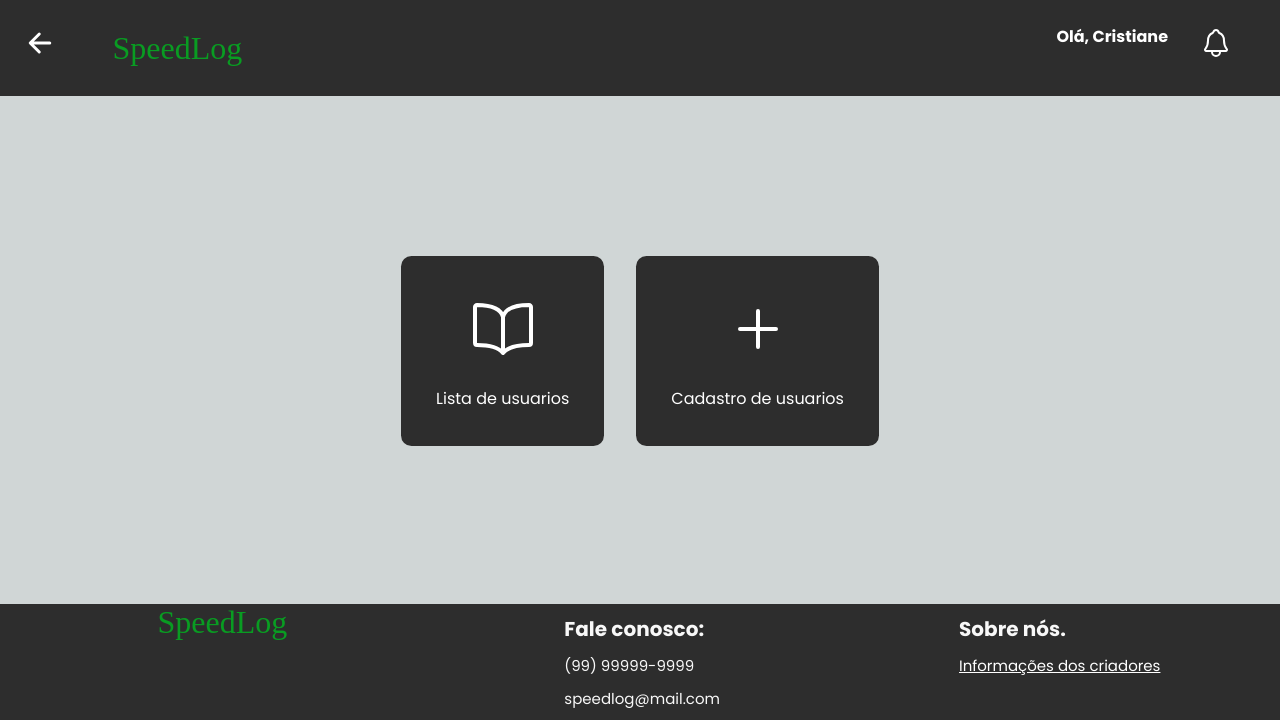
Repository: crisholiveira/speedlog
Page: http://localhost/usuarios
An editor plug-in stored every save of this project. The page is shown before and after the next save, followed by the edit.
The browser window is 1280 px wide. The pictures show the whole page.
Some web fonts or font styles are not loaded; a fallback is used. The page is served by the project's Node server (app.js). Other server files are loaded and not shown.

Above is the page before, as saved 2022-02-02 20:55:35.

### views/usuarios.ejs
<%- include('./partials/header.ejs') %>

<link rel="stylesheet" href="/stylesheets/usuarios.css">
<body>

    <section>

        <div id="grandeCaixa">

            <div class="caixinha">
                <a href="#">
                    <ion-icon name="book-outline"></ion-icon>
                </a>
                <p>Lista de usuarios</p>
            </div>

            <div class="caixinha">
                <a href="/cadUsuario">
                    <ion-icon name="add-outline"></ion-icon>
                </a>
                <p>Cadastro de usuarios</p>
            </div>

        </div>

        <script type="module" src="https://unpkg.com/ionicons@5.5.2/dist/ionicons/ionicons.esm.js"></script>
    </section>


</body>

<%- include('./partials/footer.ejs') %>

### views/partials/header.ejs
<!DOCTYPE html>
<html lang="en">

<head>
    <meta charset="UTF-8">
    <meta http-equiv="X-UA-Compatible" content="IE=edge">
    <meta name="viewport" content="width=device-width, initial-scale=1.0">
    <link rel="stylesheet" href="/stylesheets/header.css">
    <title>SpeedLog</title>
</head>
<header>
    <div id="menu-header">
        <div class="header-container">
            <span class="icone-voltar"><a href="/home"><ion-icon name="arrow-back-outline"></ion-icon></a>

            </span>
            <span class="logo">SpeedLog</span>
            <span class="icone-notificacao">
                <ion-icon name="notifications-outline"></ion-icon>
            </span>
            <span class="bem-vindo">
                <h4>Olá, Cristiane</h4>
            </span>
        </div>
    </div>
</header>
<script type="module" src="https://unpkg.com/ionicons@5.5.2/dist/ionicons/ionicons.esm.js"></script>
<script nomodule src="https://unpkg.com/ionicons@5.5.2/dist/ionicons/ionicons.js"></script>

### views/partials/footer.ejs
<!DOCTYPE html>
<html lang="en">
<head>
    <meta charset="UTF-8">
    <meta http-equiv="X-UA-Compatible" content="IE=edge">
    <meta name="viewport" content="width=device-width, initial-scale=1.0">
    <title>Document</title>
    <link rel="stylesheet" href="/stylesheets/footer.css">
</head>

<footer>

    <div class="footer">

        <div class="caixa1">
            <span class="logo"> SpeedLog </span>
        </div>

        <div class="caixa2">

            <ul>
            <li class="titulo"><b>Fale conosco:</b> </li>
            <li >(99) 99999-9999</li>
            <li>speedlog@mail.com</li>
            </ul>

        </div>

        <div class='caixa3'>
            <ul>
                <li class="titulo"><b>Sobre nós.</b></li>
                <li><a href="#" style="color: white">Informações dos criadores</a></li>
            </ul>
        </div>


    </div>

</footer>

### app.js
var createError = require('http-errors');
var express = require('express');
var path = require('path');
var cookieParser = require('cookie-parser');
var logger = require('morgan');

var indexRouter = require('./routes/index');
var usersRouter = require('./routes/users');
var homeRouter = require('./routes/home');
var perfilRouter = require('./routes/perfil');
var requisicoesRouter = require('./routes/requisicoes');
var estoqueRouter = require('./routes/estoque');
var usuariosRouter = require('./routes/usuarios');
var produtosRouter = require('./routes/produtos');
var cadUsuarioRouter = require('./routes/cadUsuario');



var app = express();

// view engine setup
app.set('views', path.join(__dirname, 'views'));
app.set('view engine', 'ejs');

app.use(logger('dev'));
app.use(express.json());
app.use(express.urlencoded({ extended: false }));
app.use(cookieParser());
app.use(express.static(path.join(__dirname, 'public')));

app.use('/', indexRouter);
app.use('/users', usersRouter);
app.use('/home', homeRouter);
app.use('/perfil', perfilRouter);
app.use('/requisicoes', requisicoesRouter);
app.use('/estoque', estoqueRouter);
app.use('/usuarios', usuariosRouter);
app.use('/produtos', produtosRouter);
app.use('/cadUsuario', cadUsuarioRouter);


// catch 404 and forward to error handler
app.use(function(req, res, next) {
  next(createError(404));
});

// error handler
app.use(function(err, req, res, next) {
  // set locals, only providing error in development
  res.locals.message = err.message;
  res.locals.error = req.app.get('env') === 'development' ? err : {};

  // render the error page
  res.status(err.status || 500);
  res.render('error');
});

module.exports = app;

### controllers/usuariosController.js
const usuariosController = {
    index: (req, res) => {

        res.render('usuarios')
    }
}
module.exports = usuariosController

### public/stylesheets/header.css
@import url('https://fonts.googleapis.com/css2?family=Poppins:wght@100;200;300;400;500;600;700&display=swap');
@import url('https://fonts.googleapis.com/css2?family=Patrick+Hand&display=swap');

*{
    padding: 0;
    margin: 0;
    box-sizing: border-box;
    border: none;
    font-family: 'Poppins'
}

header {
    min-height: 10vh;
    background-color:#2d2d2d;

}

.header-container a {
    color: white;
}



.header-container {
    padding: 1.5rem;

}

.logo {
    color:#099c22;
    font-family: 'Patrick Hand', cursive;
    font-size: 2rem;
    padding: 3rem;

}


.icone-voltar {
    font-size: 2rem;
    color: white;



}

.icone-notificacao {
    font-size: 2rem;
    color: white;
    float: right;
    padding-right: 1.5rem;

}

.bem-vindo {
    color: white;
    float: right;

}
.bem-vindo h4 {
    padding-right: 2rem;
}
@media (max-width: 768px){
    .logo{
        display: none;
    }
}

### public/stylesheets/usuarios.css
@import url('https://fonts.googleapis.com/css2?family=Poppins:wght@100;200;300;400;500;600;700&display=swap');

*{
    padding: 0;
    margin: 0;
    box-sizing: border-box;
    border: none;
    font-family: 'Poppins';

}

body{
    background-color: rgb(208, 214, 214);
}

.caixinha{
        background-color:#2d2d2d;
        min-height: 20vh;
        min-width: 25vh;
        margin: 1rem;
        padding: 35px;
        border-radius: 10.5px;
        text-align: center;

}

p, a {
    color: white;

}

#grandeCaixa{
    display: flex;
    justify-content: center;
    margin-top: 20vh;
}

.caixinha a{
        font-size: 4rem;
}

### public/stylesheets/footer.css
*{
    padding: 0;
    margin: 0;
    box-sizing: border-box;
    border: none;
    font-family: 'Poppins'
}

footer{
    min-height: 10vh;
    background-color:#2d2d2d;
    color: rgb(248, 248, 248);
    bottom: 0;
    left: 0;
    position: fixed;
    width: 100%;
}

.logo{
    color:#099c22;
    font-family: 'Patrick Hand', cursive;
    font-size: 2rem;
    text-align: center;
}

ul{

    list-style: none;


}

li{
    margin: 10px;
    font-size: 15px;

}

.footer{
    display: flex;
    justify-content: space-around;


}

.titulo{
    font-size: 20px;
}

After the next save:
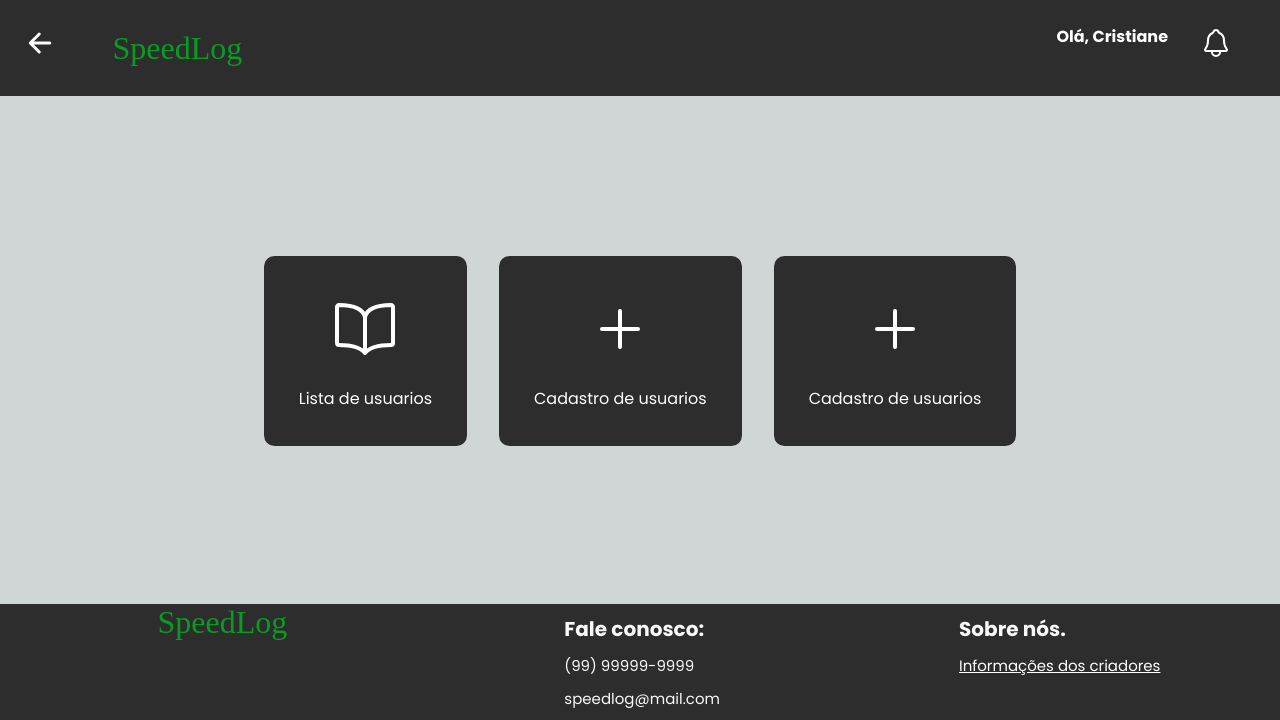
Saved 4 min 5 s later.
--- a/views/usuarios.ejs
+++ b/views/usuarios.ejs
@@ -21,6 +21,17 @@
                 <p>Cadastro de usuarios</p>
             </div>
 
+
+
+
+            <div class="caixinha">
+                <a href="/cadUsuario">
+                    <ion-icon name="add-outline"></ion-icon>
+                </a>
+                <p>Cadastro de usuarios</p>
+            </div>
+
+
         </div>
 
         <script type="module" src="https://unpkg.com/ionicons@5.5.2/dist/ionicons/ionicons.esm.js"></script>
